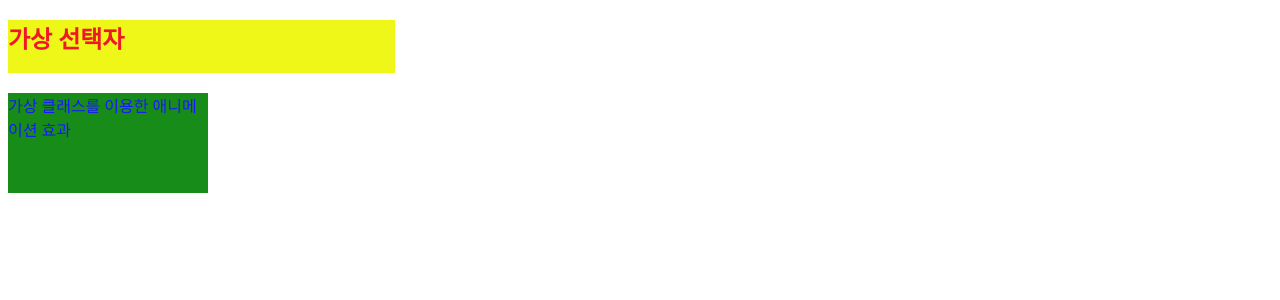
Repository: cleangggg/front
Page: css/ex04.html
These files come from the project's save history. The page is drawn as it stood at one moment and after the next save; the edit follows.
The browser window is 1280 px wide. The pictures show the whole page.
The pointer rests on the first visible `h2`.

Above is the page before, as saved 2023-05-25 00:58:59.

After the next save:
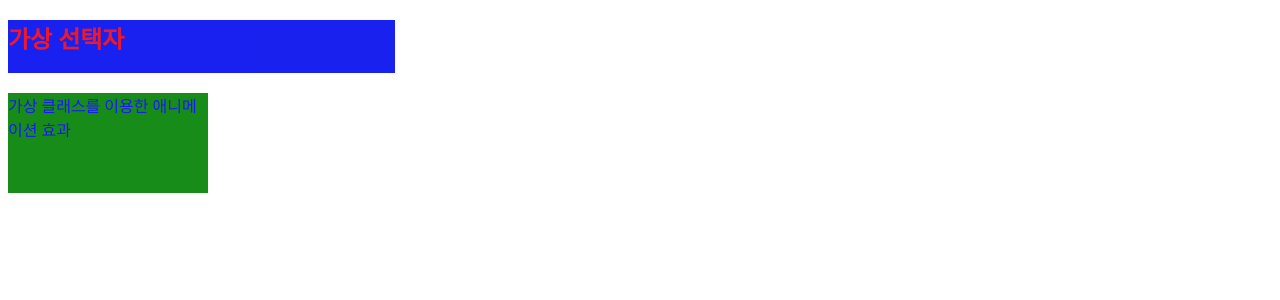
Saved 4 s later.
--- a/css/ex04.html
+++ b/css/ex04.html
@@ -17,7 +17,7 @@
 	background: green; opacity: 0.9;}
 	h2:hover {
 		width:400px; height: 50px; color:red;
-		background: yellow; opactiy:0.5;
+		background: blue; opactiy:0.5;
 		transition : all 1.5s linear 0.1s;
 	}
 </style>
